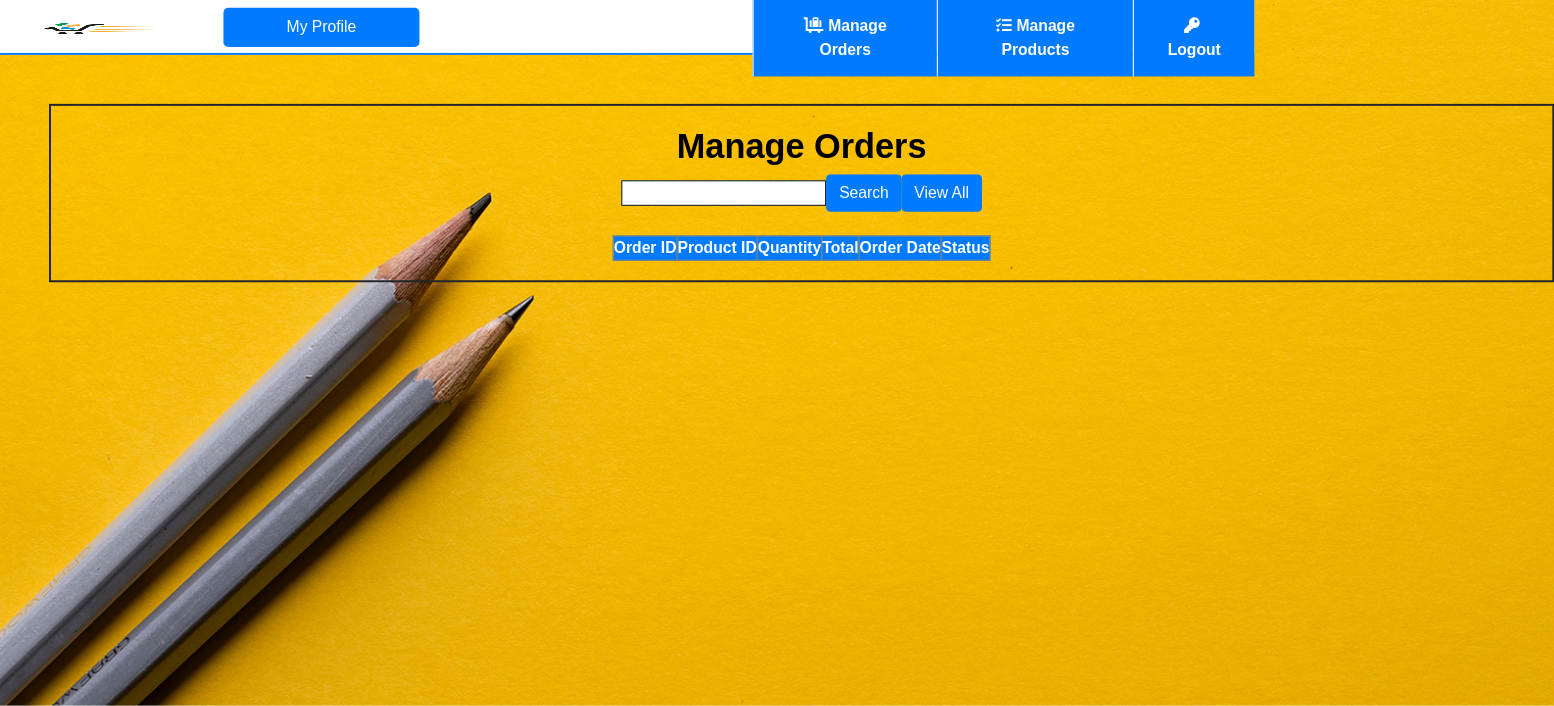
Repository: sahanjayawardena9619/PAF_Project
Page: http://localhost/paf_project/WEB-INF/views/sellerOrder.jsp
The author's editor kept a copy of each file at every save. The page is drawn from the files as they stood at one save, then again after the next save.
The browser window is 1280 px wide. The page is 1586 px wide, so the pictures cover 1586 px, including what lies to the right of the window. The pictures show the whole page, at 98% of full size.
Some web fonts or font styles are not loaded; a fallback is used. Some web libraries are served in a nearby version. The page is served by Tomcat 9. Nobody is signed in. The template is opened directly, without the code that normally fills it, so the values that code supplies are empty.

Above is the page before, as saved 2019-05-15 19:24:12.

After the next save:
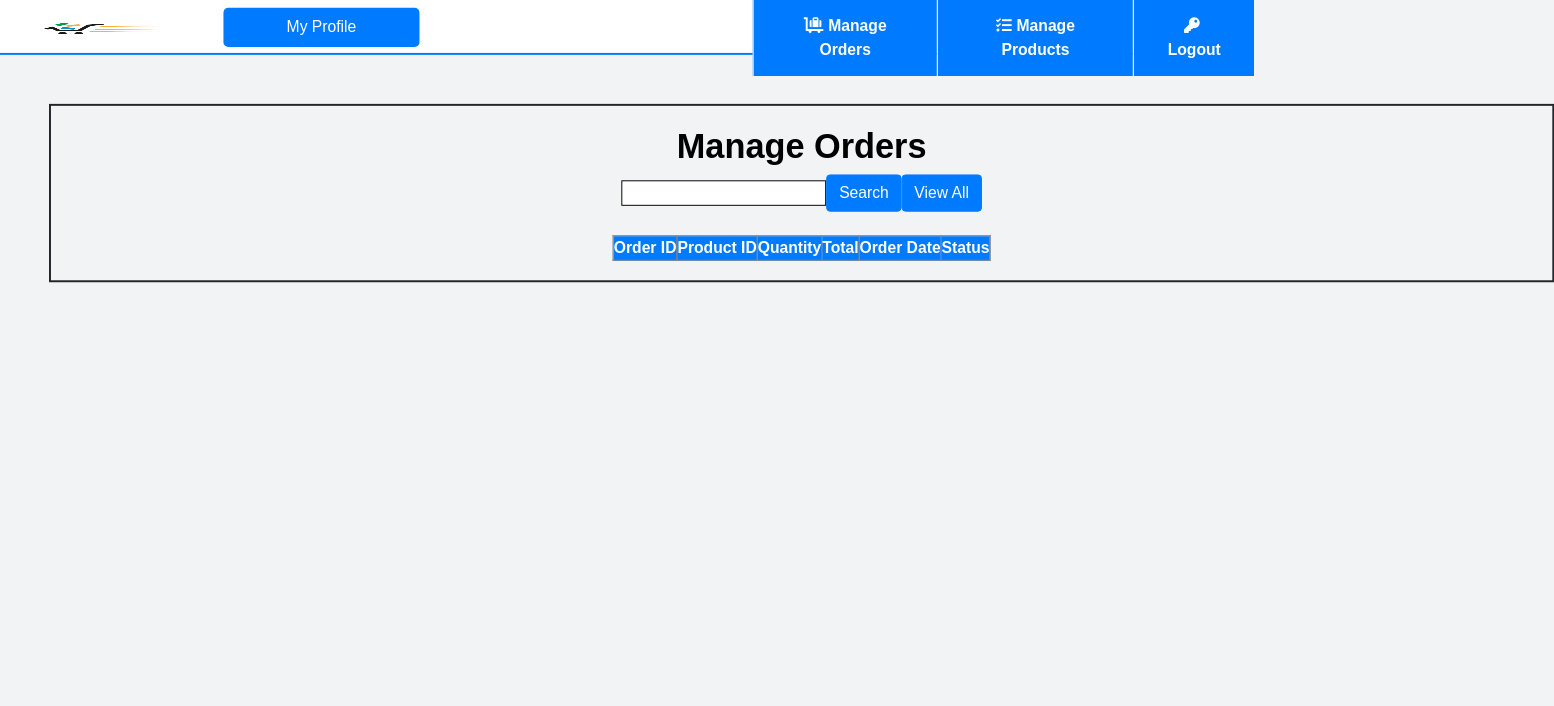
Saved 2 min 22 s later.
--- a/Main Project (Final)/PAF/paf_project/src/main/webapp/WEB-INF/views/sellerOrder.jsp
+++ b/Main Project (Final)/PAF/paf_project/src/main/webapp/WEB-INF/views/sellerOrder.jsp
@@ -22,7 +22,7 @@
 
 <title>Seller Orders</title>
 </head>
-<body background="<c:url value="/resources/images/bg-masthead.jpg"/>">
+<body>
 	<div class="top-nav-bar">
 		<div class="search-box">
 			<a href="/paf_project/"><img
